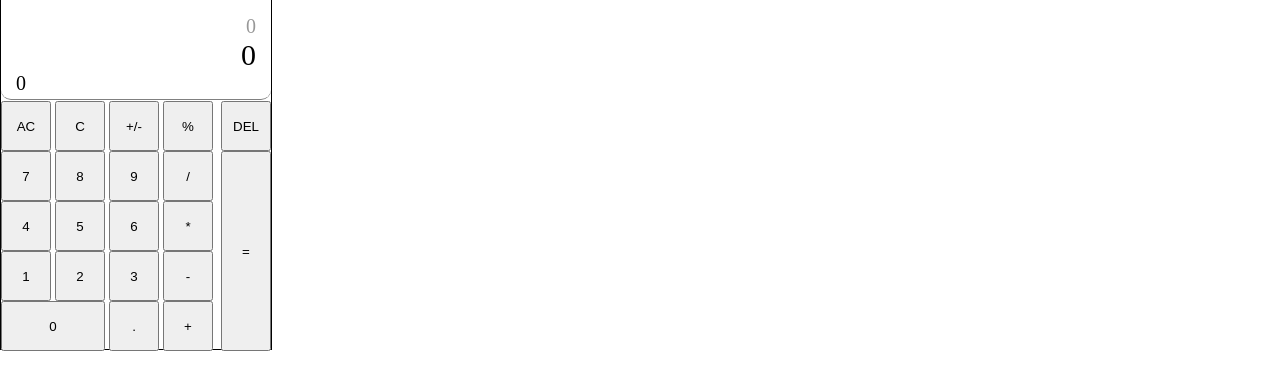
Repository: baziz22/Vanilla_JS_Projects
Page: claculator/index.html
An editor plug-in stored every save of this project. The page is shown before and after the next save, followed by the edit.
The browser window is 1280 px wide. The pictures show the whole page.

Above is the page before, as saved 2022-03-02 03:24:50.
Console error: SyntaxError: Malformed arrow function parameter list

After the next save:
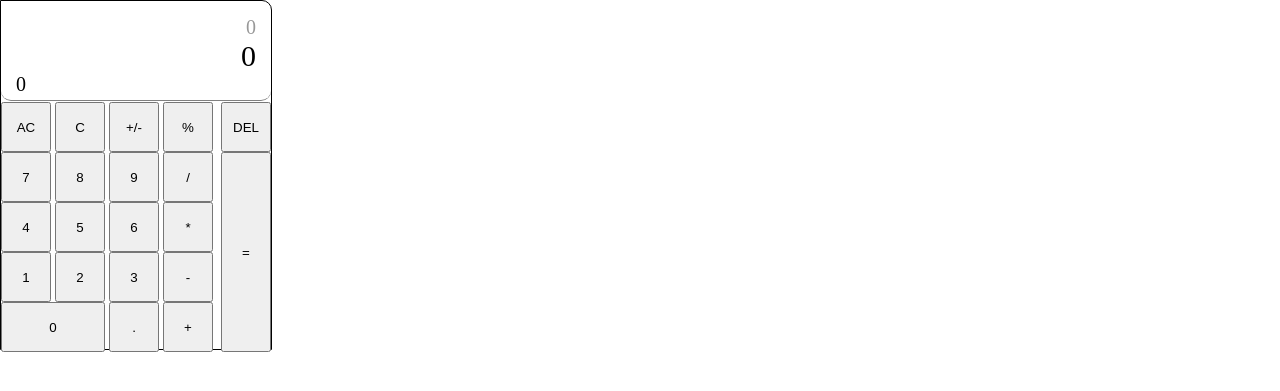
Saved 118 s later.
--- a/claculator/style.css
+++ b/claculator/style.css
@@ -5,7 +5,7 @@
 }
 .wrapper {
   border: 1px solid black;
-  border-top: 10px;
+  border-top-right-radius: 10px;
   width: 272px;
   height: 350px;
 }
